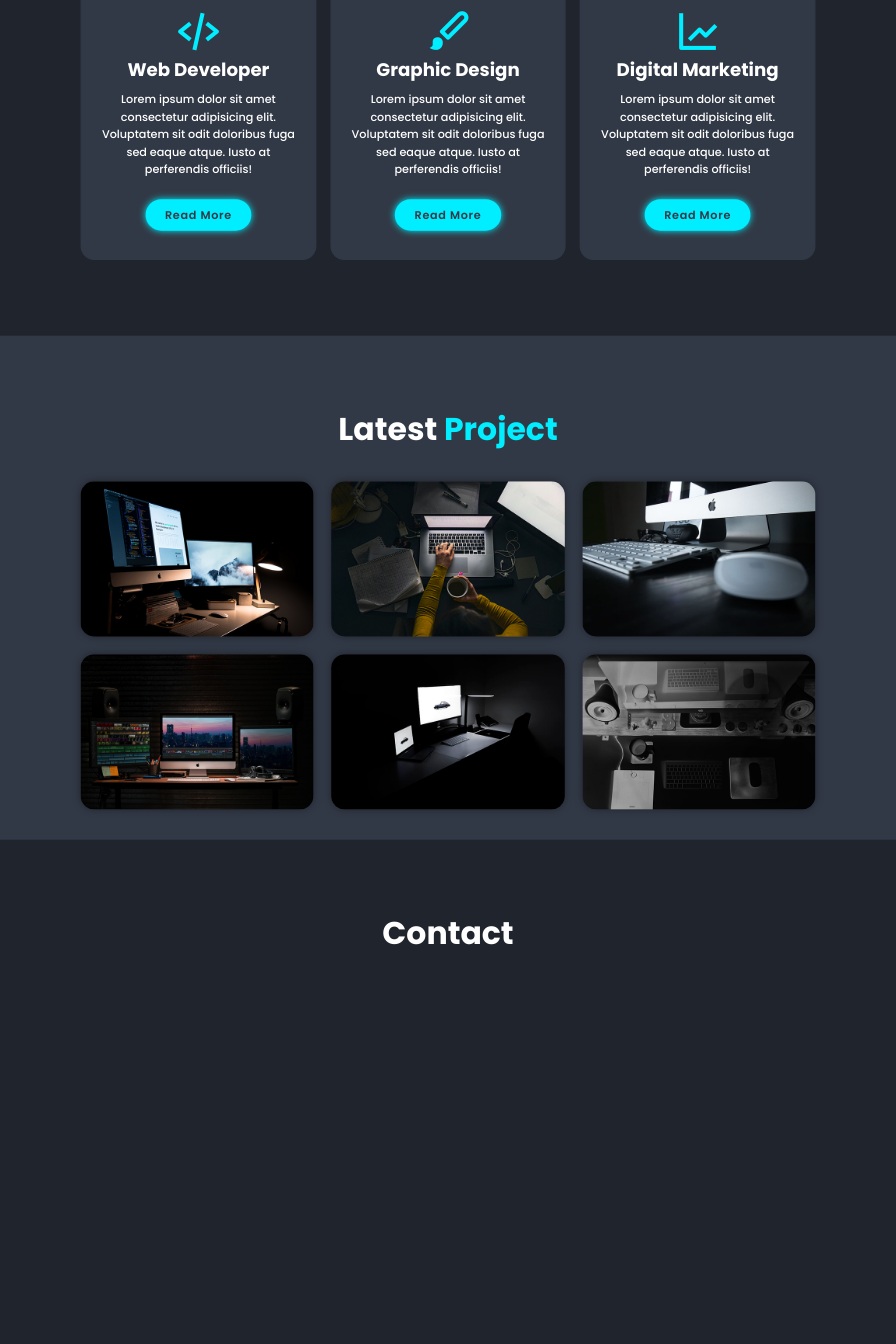
Repository: nguyenthethuan2004/portfolio
Page: index.html
These files come from the project's save history. The page is drawn as it stood at one moment and after a run of saves; the edit follows.
The browser window is 1280 px wide. The pictures show the part of the page from y = 1751 to 3671 px (the page is 3671 px tall), at 70% of full size.

Above is the page before, as saved 2023-10-03 17:15:55.

After the next 2 saves:
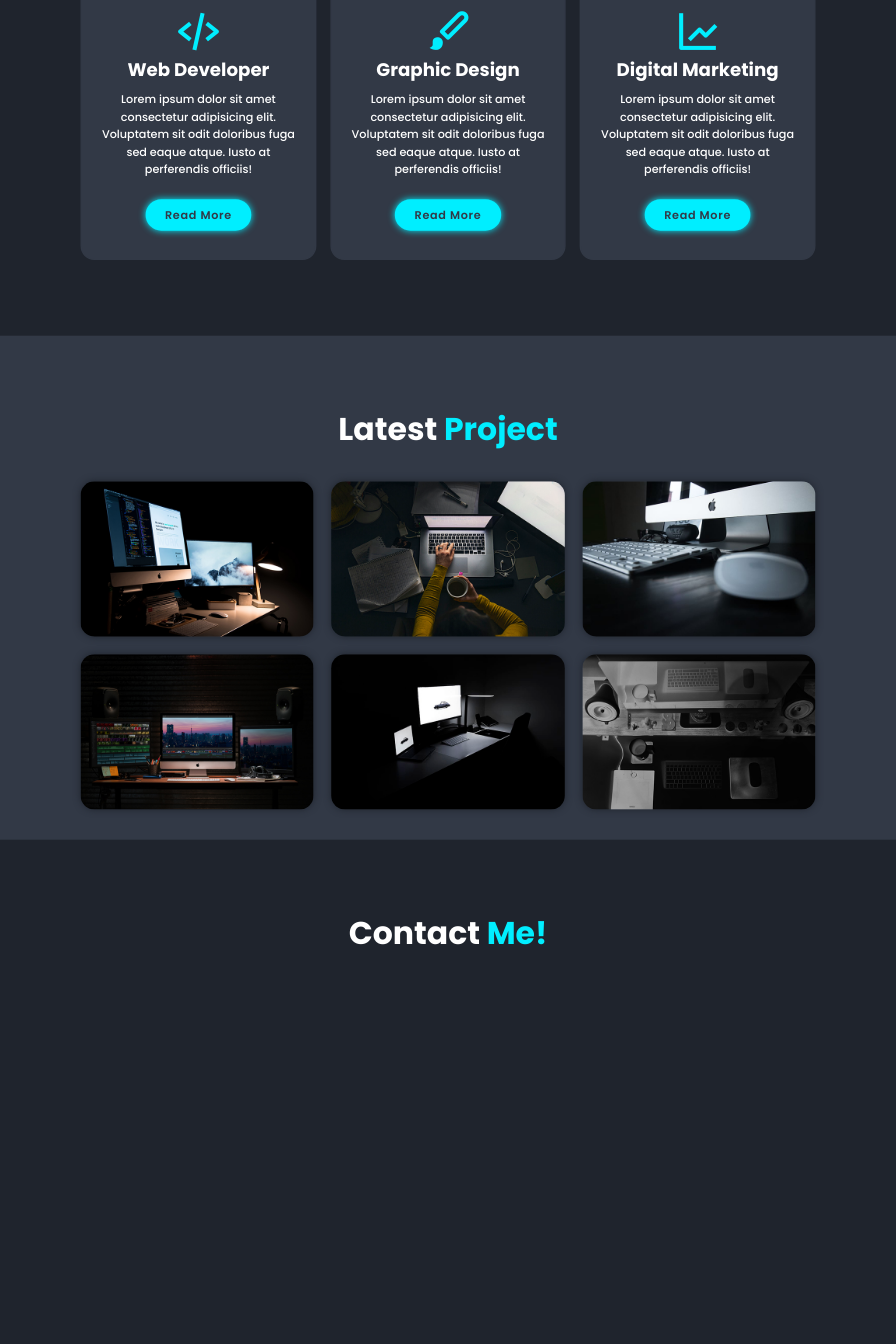
The 2 saves are shown as one change because they came seconds apart.
The last was saved 14 s later.
--- a/index.html
+++ b/index.html
@@ -170,7 +170,7 @@
     <!-- contact section design -->
 
     <section class="contact" id="contact">
-      <h2 class="heading">Contact</h2>
+      <h2 class="heading">Contact <span>Me!</span></h2>
     </section>
 
   </body>
